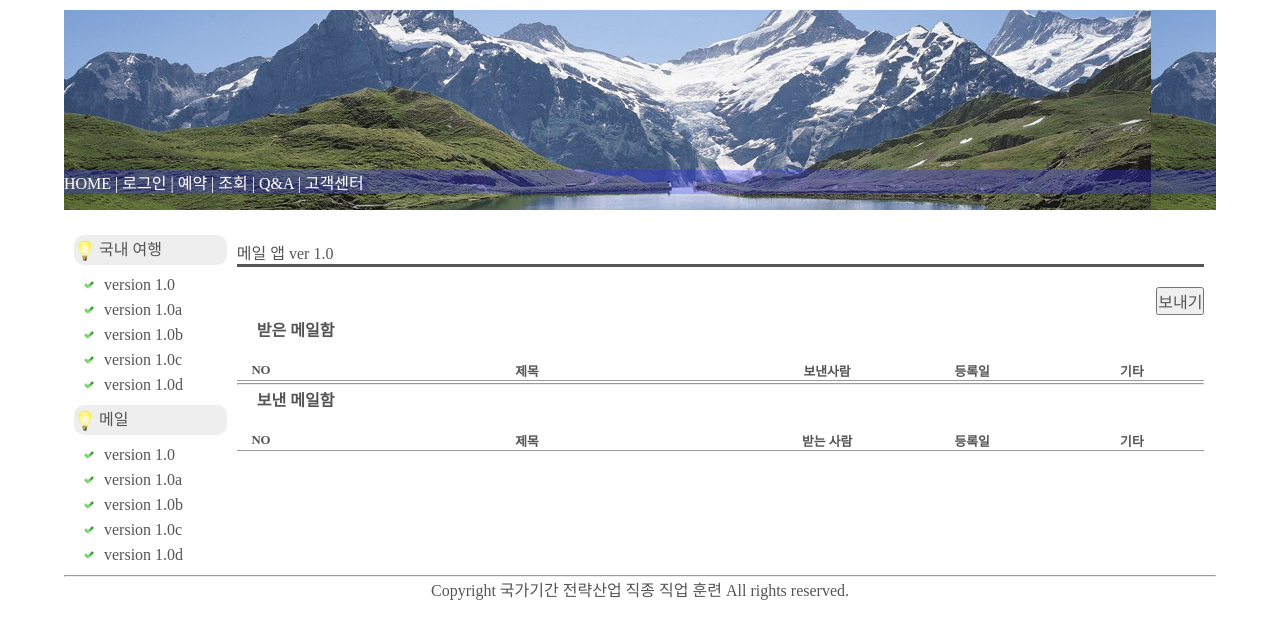
Repository: jangky000/ai_web
Page: http://localhost/blog_v2jc/mail_app/list.jsp
An editor plug-in stored every save of this project. The page is shown before and after a run of saves, followed by the edit.
The browser window is 1280 px wide. The pictures show the whole page.
The page is served by Tomcat 9. Other server files are loaded and not shown. Queries for data that is not in the repository find no rows.

Above is the page before, as saved 2020-03-27 06:50:03.

### ws__frame/blog_v2jc/WebContent/mail_app/list.jsp
<%@ page contentType="text/html; charset=UTF-8" %>

<!-- MySQL에서 DBMS에 연결할때 쓰던 import 패키지와 구성이 같다. -->
 <!-- MovieDAO2.java 참조 -->
<%@ page import="java.sql.Connection" %>
<%@ page import=" java.sql.DriverManager" %>
<%@ page import="java.sql.PreparedStatement" %>
<%@ page import="java.sql.ResultSet" %>
<%@ page import="java.sql.SQLException" %>

<%
request.setCharacterEncoding("utf-8");
String root = request.getContextPath();
%>

<%
// 필요 변수 선언
Connection con = null;              // DBMS 연결
PreparedStatement pstmt = null; // SQL 실행
ResultSet rs = null;                   // SELECT 결과를 저장
StringBuffer sql = null;              // SQL 문장
int count = 0;                         // 처리된 레코드 갯수

// MYSQL
// String className = "org.gjt.mm.mysql.Driver"; // MySQL 연결 Driver
// String url = "jdbc:mysql://172.16.12.4:3306/javadb?useUnicode=true&characterEncoding=euckr"; //데이터베이스 javadb 사용

//Oracle, jdbc 연결
String className = "oracle.jdbc.driver.OracleDriver"; // Oracle 연결 Driver
String url = "jdbc:oracle:thin:@127.0.0.1:1521:XE"; //XE -> soldesk 등으로 달라질 수 있다.

String user = "ai6";
String password = "1234";
%>

<!DOCTYPE html>
<html lang="ko">
<head>
<meta charset="UTF-8">
<title>메일 앱</title>
<link href="<%=root%>/css/style.css" rel="Stylesheet" type="text/css">
</head>
<body>
<jsp:include page="/menu/top.jsp" flush='false' />
  <div class="title_line">메일 앱 ver 1.0</div>
  <div class="sub_menu">
    <button type="button" onclick="location.href='./create_form.jsp'">보내기</button>
  </div>
  <table class="table_basic">
    <caption style="text-align: left; margin: 0 0 20px 20px;"><h2>받은 메일함</h2></caption>
    <colgroup>
      <col style="width: 5%;">
      <col style="width: 50%;">
      <col style="width: 12%;">
      <col style="width: 18%;">
      <col style="width: 15%;">
    </colgroup>
    <thead>
      <tr>
        <th class="th_basic">NO</th>
        <th class="th_basic">제목</th>
        <th class="th_basic">보낸사람</th>
        <th class="th_basic">등록일</th>
        <th class="th_basic">기타</th>
      </tr>
    </thead>
    <tbody>
      <%
      try {
        Class.forName(className);
        con = DriverManager.getConnection(url, user, password );

        sql = new StringBuffer();
        sql.append(" SELECT mailno, title, content, mail_from, mail_to, rdate");
        sql.append(" FROM mail_app");
        sql.append(" ORDER BY mailno DESC");

        pstmt = con.prepareStatement(sql.toString());

        rs = pstmt.executeQuery(); // SELECT문 실행: executeQuery() : return ResultSet 타입

        int n = 0;
        while(true) {
          if(rs.next() == true) {
            System.out.println(rs.getInt("mailno"));
            %>
            <tr>
              <td class="td_basic"><%= rs.getInt("mailno")%></td>
              <td class="td_left"><a href="./read.jsp?mailno=<%= rs.getInt("mailno")%>"><%= rs.getString("title")%></a></td>
              <td class="td_basic"><%= rs.getString("mail_from")%></td>
              <td class="td_basic"><%= rs.getString("rdate")%></td>
              <td class="td_basic">수정/삭제</td>
            </tr>
            <%
          }
          else {
            break;
          }
        }

      } catch (SQLException e) {
        System.out.println("SQL 실행 중 예외 발생");
        e.printStackTrace();
      } catch (ClassNotFoundException e) {
        System.out.println("JDBC 드라이버가 없습니다.");
        e.printStackTrace();
      } finally {
        try{ if (rs != null){ rs.close(); } }catch(Exception e){ }
        try{ if (pstmt != null){ pstmt.close(); } }catch(Exception e){ }
        try{ if (con != null){ con.close(); } }catch(Exception e){ }
      }
      %>
    </tbody>
  </table>

  <hr style="">

  <table class="table_basic">
    <caption style="text-align: left; margin: 0 0 20px 20px;"><h2>보낸 메일함</h2></caption>
    <colgroup>
      <col style="width: 5%;">
      <col style="width: 50%;">
      <col style="width: 12%;">
      <col style="width: 18%;">
      <col style="width: 15%;">
    </colgroup>
    <thead>
      <tr>
        <th class="th_basic">NO</th>
        <th class="th_basic">제목</th>
        <th class="th_basic">받는 사람</th>
        <th class="th_basic">등록일</th>
        <th class="th_basic">기타</th>
      </tr>
    </thead>
    <tbody>
      <%
      try {
        Class.forName(className);
        con = DriverManager.getConnection(url, user, password );

        sql = new StringBuffer();
        sql.append(" SELECT mailno, title, content, mail_from, mail_to, rdate");
        sql.append(" FROM mail_app");
        sql.append(" ORDER BY mailno DESC");

        pstmt = con.prepareStatement(sql.toString());

        rs = pstmt.executeQuery(); // SELECT문 실행: executeQuery() : return ResultSet 타입

        int n = 0;
        while(true) {
          if(rs.next() == true) {
            System.out.println(rs.getInt("mailno"));
            %>
            <tr>
              <td class="td_basic"><%= rs.getInt("mailno")%></td>
              <td class="td_left"><a href="./read.jsp?mailno=<%= rs.getInt("mailno")%>"><%= rs.getString("title")%></a></td>
              <td class="td_basic"><%= rs.getString("mail_from")%></td>
              <td class="td_basic"><%= rs.getString("rdate")%></td>
              <td class="td_basic">수정/삭제</td>
            </tr>
            <%
          }
          else {
            break;
          }
        }

      } catch (SQLException e) {
        System.out.println("SQL 실행 중 예외 발생");
        e.printStackTrace();
      } catch (ClassNotFoundException e) {
        System.out.println("JDBC 드라이버가 없습니다.");
        e.printStackTrace();
      } finally {
        try{ if (rs != null){ rs.close(); } }catch(Exception e){ }
        try{ if (pstmt != null){ pstmt.close(); } }catch(Exception e){ }
        try{ if (con != null){ con.close(); } }catch(Exception e){ }
      }
      %>
    </tbody>
  </table>



<jsp:include page="/menu/bottom.jsp" flush='false' />
</body>
</html>
</html>

### ws__frame/blog_v2jc/WebContent/menu/top.jsp
<%@ page contentType="text/html; charset=UTF-8" %>
<!-- jsp: include를 사용했기 때문에 root로 인한 충돌이 발생하지 않는다. -->
<% String root = request.getContextPath(); %>

<DIV class='container'>
  <DIV class='top_img'>
    <NAV class="top_menu">
      <a href="<%=root %>" class="menu_link">HOME</a> | 로그인 | 예약 | 조회 | Q&A | 고객센터
    </NAV>
  </DIV>

  <DIV style='margin-top: 10px;'> <!-- 좌측 메뉴 + 내용 시작 -->
    <DIV class='left_menu'> <!--  좌측 메뉴 시작 -->
      <div class="li_left_menu_1" >국내 여행</div>
      <UL>
         <!-- 모든 위치에서 동일한 주소를 찾아야하므로, 절대 경로로 설정 -->
        <LI class="li_left_menu_2"><a href="<%= request.getContextPath() %>/notice1/list.jsp">version 1.0</a></LI>
        <LI class="li_left_menu_2"><a href="<%= request.getContextPath() %>/notice1a/list.jsp">version 1.0a</a></LI>
        <LI class="li_left_menu_2"><a href="<%= request.getContextPath() %>/notice1b/list.jsp">version 1.0b</a></LI>
        <LI class="li_left_menu_2"><a href="<%= request.getContextPath() %>/notice1c/list.jsp">version 1.0c</a></LI>
        <LI class="li_left_menu_2"><a href="<%= request.getContextPath() %>/notice1d/list.jsp">version 1.0d</a></LI>
      </UL>
      <!-- br을 쓰는 것보다 margin으로 여백을 주는 것이 낫다 -->
      <div class="li_left_menu_1">메일</div>
      <UL>
        <LI class="li_left_menu_2"><a href="<%= request.getContextPath() %>/mail_app/list.jsp">version 1.0</a></LI>
        <LI class="li_left_menu_2"><a href="<%= request.getContextPath() %>/mail_app1a/list.jsp">version 1.0a</a></LI>
        <LI class="li_left_menu_2"><a href="<%= request.getContextPath() %>/mail_app1b/list.jsp">version 1.0b</a></LI>
        <LI class="li_left_menu_2"><a href="<%= request.getContextPath() %>/mail_app1c/list.jsp">version 1.0c</a></LI>
        <LI class="li_left_menu_2"><a href="<%= request.getContextPath() %>/mail_app1d/list.jsp">version 1.0d</a></LI>
      </UL>

    </DIV>  <!--  좌측 메뉴 종료 -->

    <DIV class='content_body'> <!--  내용 시작 -->

### ws__frame/blog_v2jc/WebContent/menu/bottom.jsp
<%@ page contentType="text/html; charset=UTF-8" %>

    </DIV> <!-- 내용 종료 -->
  </DIV> <!-- 좌측 메뉴 + 내용 종료 -->

  <!-- 화면 하단 메뉴 -->
  <DIV class='copyright'>
    <HR>
    Copyright 국가기간 전략산업 직종 직업 훈련 All rights reserved.
  </DIV>

</DIV> <!-- 컨테이너 종료 -->

### ws__frame/blog_v2jc/WebContent/css/style.css
/* ver 0.2 */
/* 모든 태그에 적용 */
  *{
     font-family: Malgun Gothic;
     font-size: 16px;
     margin: 0px;  /* top right bottom left */
     padding: 0px;
     color: #555555;
  }

  .container {
    width: 90%;
    margin: 10px auto;
  }

  /*
  이미지 경로 지정
  권장하지 않는 방법(절대경로): background-image: url('/blog_v2jc/css/images/top_image.jpg');
  권장하는 방법(상대경로): background-image: url('./images/top_image.jpg');
  style.css 파일이 include(link)되는 폴더를 현재 폴더로 인식함
  /blog_v2jc/css/style.css에서 사용
  /blog_v2jc/css/images/top_image.jpg 인식
   */
  .top_img {
    width: 100%;
    height: 200px;
    /* background-image: url('/blog_v2jc/menu/images/top_image.jpg'); */
    background-image: url('./images/top_image.jpg');
  }

  .top_menu {
    position: relative;  /* 부모 태그 기준 화면 상단 기준 */
    top: 80%;
    /* left: 2px;  */
    background-color: rgba(50, 50, 255, 0.3);
    color: white;
  }

  .left_menu {
    width: 15%;
    float: left;
  }

  .content_body {
    width: 84%;
    float: left;
  }

  .content_bottom {

  }

  .bottom_menu {
    text-align: center;
    margin: 20px auto;
    clear: both;
  }

  .copyright {
    text-align: center;
    margin: 20px auto; /* 블럭 가운데 정렬 */
    clear: both; /*  float: left; 해제 float 효과를 제거 */
  }

  .li_warning{/* 경고 메시지 */
    list-style: none;
    margin: 15px 10px;
    color: #ff6600;
  }

  .li_error{ /* 에러 메시지 */
    list-style: none;
    margin: 15px 10px;
    color: #FF0000;
  }

  .li_none{
    list-style: none;
    margin: 15px 10px;
  }

  .fieldset_basic{
    width:90%;
    margin:10px auto;
    border-top: none;
    border-right: none;
    border-bottom: none;
    border-left: none;
    padding: 10px;
  }

  .legend_basic{
    margin-left:30px;
    border:solid 1px #999999;
    background-color: #A6C2FF;
    color:#FFFFFF;
  }

  input:focus {outline:none;}
  .input_basic{
    border-top: none;
    border-right: none;
    border-bottom: solid 1px #999999;
    border-left: none;
  }

  .title_line{
    text-align:left;
    /* text-decoration: underline; */
    border-bottom: solid 3px #555555;
    width: 100%;
    margin: 20px auto;

  }

  .sub_menu{
    text-align: right;
    width: 100%;
  }

  .table_basic{
    border-collapse: collapse; /* 셀 합치기 */
    margin: 2px auto;
    width: 100%;
  }

  /*
    1em 기본값: 16px, 주변 태그의 글자 크기를 1em으로 인식
    div 태그가 20px일 경우 자식 태그가 0.5em이면 최종적으로 10px이 적용됨.
  */
  .th_basic{
    font-size: 0.8em;
    border-bottom: solid 1px #999999;
  }

  .td_basic{
    background-color: #ffffff;

    border-top: none;
    border-right: none;
    border-bottom: solid 1px #dddddd;
    border-left: none;

    text-align: center;
  }

  .td_left{
    background-color: #ffffff;

    border-top: none;
    border-right: none;
    border-bottom: solid 1px #dddddd;
    border-left: none;

    text-align: left;
  }

  A:link{  /* 방문전 상태 */
    text-decoration: none; /* 밑줄 삭제 */
    color: #555555;
  }

  A:visited{  /* 방문후 상태 */
    text-decoration: none; /* 밑줄 삭제 */
    color: #555555;
  }

  A:hover{  /* A 태그에 마우스가 올라간 상태 */
    text-decoration: underline; /* 밑줄 출력 */
    color: #7777FF;
  }

  A:active{  /* A 태그를 클릭한 상태 */
    text-decoration: underline; /* 밑줄 출력 */
    color: #7777FF;
  }

  /* top menu */
  .menu_link:link{  /* 방문전 상태 */
    text-decoration: none; /* 밑줄 삭제 */
    color: white;
  }

  .menu_link:visited{  /* 방문후 상태 */
    text-decoration: none; /* 밑줄 삭제 */
    color: white;
  }

  .menu_link:hover{  /* A 태그에 마우스가 올라간 상태 */
    text-decoration: underline; /* 밑줄 출력 */
    color: white;
    /* font-weight: bold; */
  }

  .menu_link:active{  /* A 태그를 클릭한 상태 */
    text-decoration: underline; /* 밑줄 출력 */
    color: white;
  }

  .content_title{
    border-top: none;
    border-right: none;
    border-bottom: solid 1px #999999;
    border-left: none;

    margin-bottom: 20px;
  }

  .content_bottom{
    border-top: none;
    border-right: none;
    border-bottom: none;
    border-left: none;
    margin: 20px 0;
    text-align: right;
    font-size: 0.8em;
  }

  .li_left_menu_1{/* 화면 좌측 대분류 */
    list-style: none;
    margin: 15px 10px;
    background: url(./images/li_left_menu_1.png) left center no-repeat; /* url 왼쪽 중간 반복x */
    background-color:#eeeeee;
    border-radius:10px;
    background-size: 22px;
    padding-left: 25px;
    line-height: 30px;
  }

  .li_left_menu_2{/* 화면 좌측 중분류 */
    list-style: none;
    margin: 15px 10px;
    background: url(./images/li_left_menu_2.png) left center no-repeat; /* url 왼쪽 중간 반복x */
    background-size: 10px;
    margin-left: 20px;
    padding-left: 20px;
    line-height: 10px;
  }

After the next 2 saves:
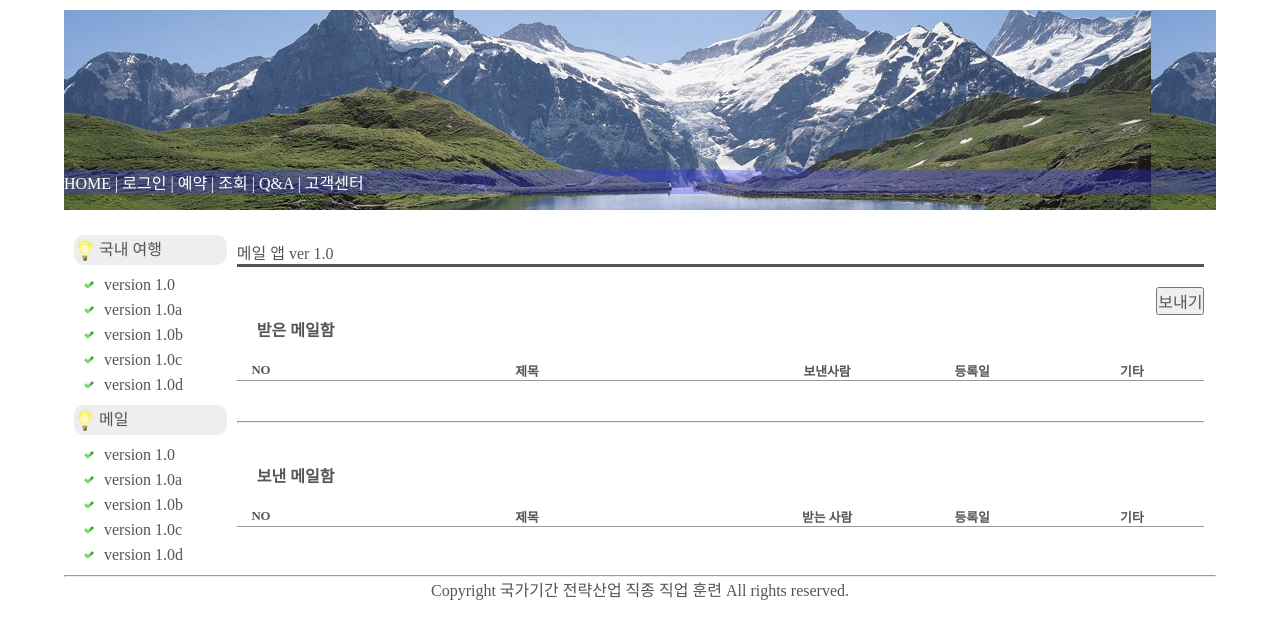
The 2 saves are shown as one change because they came seconds apart.
The last was saved 8 s later.
--- a/ws__frame/blog_v2jc/WebContent/mail_app/list.jsp
+++ b/ws__frame/blog_v2jc/WebContent/mail_app/list.jsp
@@ -113,7 +113,7 @@ String password = "1234";
     </tbody>
   </table>
 
-  <hr style="">
+  <hr style="margin: 40px 0;">
 
   <table class="table_basic">
     <caption style="text-align: left; margin: 0 0 20px 20px;"><h2>보낸 메일함</h2></caption>
